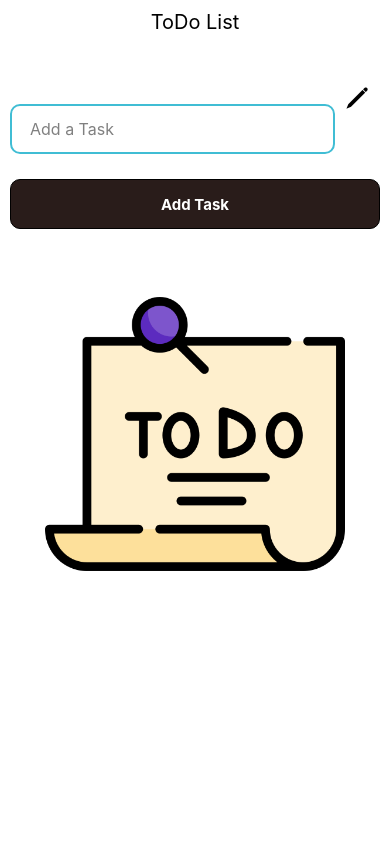
Repository: raisingh22/Projects
Screen: /
An editor plug-in stored every save of this project. The screen is shown before and after a run of saves, followed by the edit.
The app was drawn by React Native's web renderer in a window 390 px wide. The project was rebuilt for these pictures with package versions that can differ from the ones it lists, and the page was loaded fresh each time.

Above is the screen before, as saved 2024-01-22 14:05:56.

After the next 2 saves:
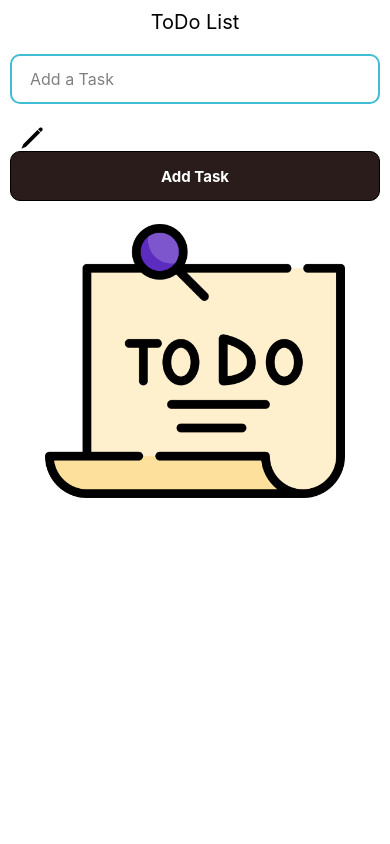
The 2 saves are shown as one change because they came seconds apart.
The last was saved 11 s later.
--- a/src/ToDoList/screens/ToDo.js
+++ b/src/ToDoList/screens/ToDo.js
@@ -68,9 +68,7 @@ const ToDo = () => {
         fontSize:20
       }}>ToDo List</Text>
       <View style={{
-        flexDirection:'row',
-        flex:1,
-        marginVertical:50
+        // flexDirection:'row',
       }}>
       <TextInput
         placeholder="Add a Task"
